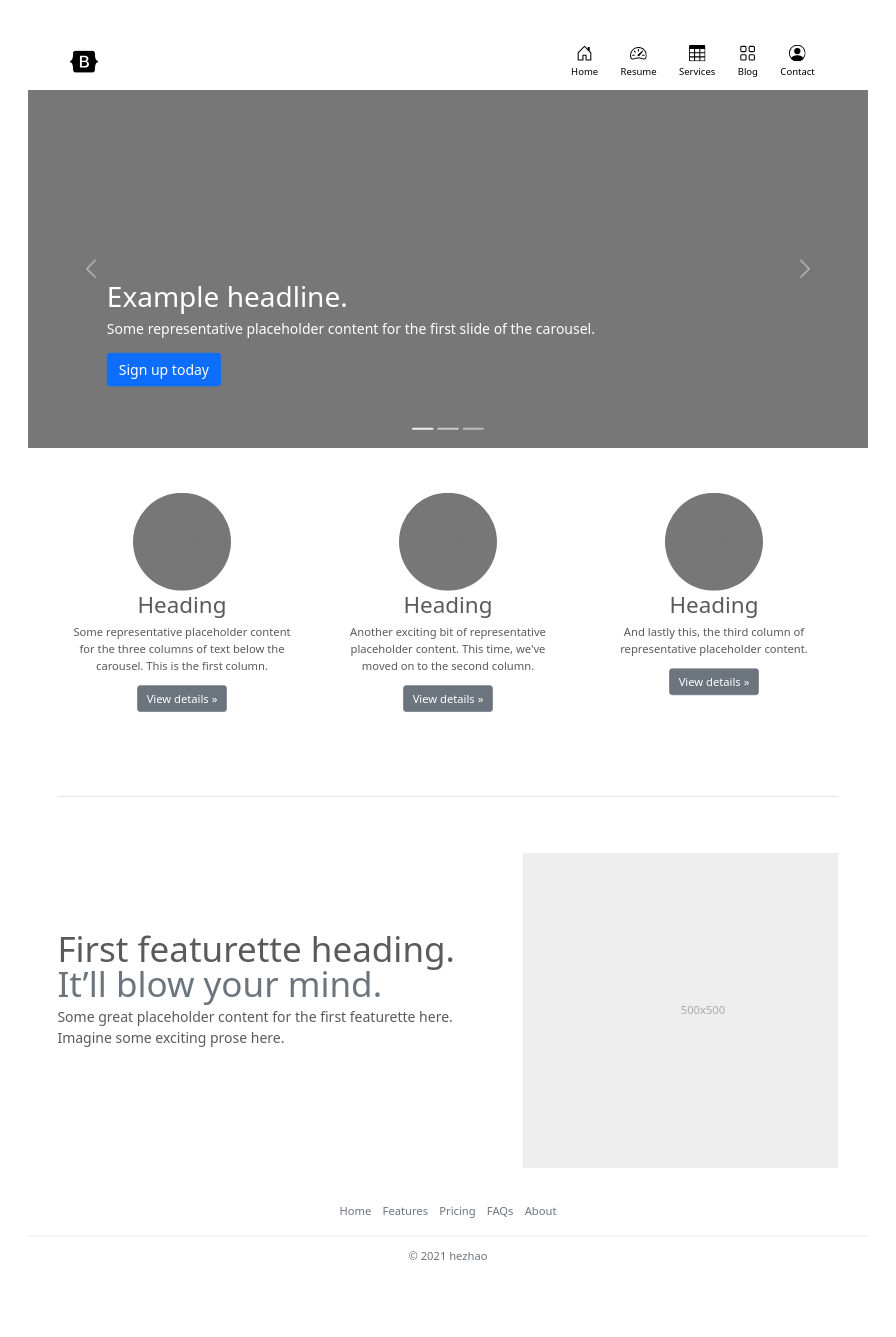
Repository: HeZhao-hugh/personal-web
Page: index.html
An editor plug-in stored every save of this project. The page is shown before and after the next save, followed by the edit.
The browser window is 1280 px wide. The pictures show the whole page, at 70% of full size.

Above is the page before, as saved 2022-01-19 18:21:02.

### index.html
<!DOCTYPE html>
<html lang="en">

<head>
    <meta charset="UTF-8">
    <meta http-equiv="X-UA-Compatible" content="IE=edge">
    <meta name="viewport" content="width=device-width, initial-scale=1.0">
    <link href="https://cdn.jsdelivr.net/npm/bootstrap@5.1.3/dist/css/bootstrap.min.css" rel="stylesheet"
        integrity="sha384-1BmE4kWBq78iYhFldvKuhfTAU6auU8tT94WrHftjDbrCEXSU1oBoqyl2QvZ6jIW3" crossorigin="anonymous">
    <script src="https://cdn.jsdelivr.net/npm/bootstrap@5.1.3/dist/js/bootstrap.bundle.min.js"
        integrity="sha384-ka7Sk0Gln4gmtz2MlQnikT1wXgYsOg+OMhuP+IlRH9sENBO0LRn5q+8nbTov4+1p" crossorigin="anonymous">
    </script>

    <!-- Custom styles for this template -->
    <link href="style.css" rel="stylesheet">
    <title>Document</title>
</head>

<body>
    <svg xmlns="http://www.w3.org/2000/svg" style="display: none;">
        <symbol id="bootstrap" viewBox="0 0 118 94">
            <title>Bootstrap</title>
            <path fill-rule="evenodd" clip-rule="evenodd"
                d="M24.509 0c-6.733 0-11.715 5.893-11.492 12.284.214 6.14-.064 14.092-2.066 20.577C8.943 39.365 5.547 43.485 0 44.014v5.972c5.547.529 8.943 4.649 10.951 11.153 2.002 6.485 2.28 14.437 2.066 20.577C12.794 88.106 17.776 94 24.51 94H93.5c6.733 0 11.714-5.893 11.491-12.284-.214-6.14.064-14.092 2.066-20.577 2.009-6.504 5.396-10.624 10.943-11.153v-5.972c-5.547-.529-8.934-4.649-10.943-11.153-2.002-6.484-2.28-14.437-2.066-20.577C105.214 5.894 100.233 0 93.5 0H24.508zM80 57.863C80 66.663 73.436 72 62.543 72H44a2 2 0 01-2-2V24a2 2 0 012-2h18.437c9.083 0 15.044 4.92 15.044 12.474 0 5.302-4.01 10.049-9.119 10.88v.277C75.317 46.394 80 51.21 80 57.863zM60.521 28.34H49.948v14.934h8.905c6.884 0 10.68-2.772 10.68-7.727 0-4.643-3.264-7.207-9.012-7.207zM49.948 49.2v16.458H60.91c7.167 0 10.964-2.876 10.964-8.281 0-5.406-3.903-8.178-11.425-8.178H49.948z">
            </path>
        </symbol>
        <symbol id="Home" viewBox="0 0 16 16">
            <path
                d="M8.354 1.146a.5.5 0 0 0-.708 0l-6 6A.5.5 0 0 0 1.5 7.5v7a.5.5 0 0 0 .5.5h4.5a.5.5 0 0 0 .5-.5v-4h2v4a.5.5 0 0 0 .5.5H14a.5.5 0 0 0 .5-.5v-7a.5.5 0 0 0-.146-.354L13 5.793V2.5a.5.5 0 0 0-.5-.5h-1a.5.5 0 0 0-.5.5v1.293L8.354 1.146zM2.5 14V7.707l5.5-5.5 5.5 5.5V14H10v-4a.5.5 0 0 0-.5-.5h-3a.5.5 0 0 0-.5.5v4H2.5z" />
        </symbol>
        <symbol id="Resume" viewBox="0 0 16 16">
            <path
                d="M8 4a.5.5 0 0 1 .5.5V6a.5.5 0 0 1-1 0V4.5A.5.5 0 0 1 8 4zM3.732 5.732a.5.5 0 0 1 .707 0l.915.914a.5.5 0 1 1-.708.708l-.914-.915a.5.5 0 0 1 0-.707zM2 10a.5.5 0 0 1 .5-.5h1.586a.5.5 0 0 1 0 1H2.5A.5.5 0 0 1 2 10zm9.5 0a.5.5 0 0 1 .5-.5h1.5a.5.5 0 0 1 0 1H12a.5.5 0 0 1-.5-.5zm.754-4.246a.389.389 0 0 0-.527-.02L7.547 9.31a.91.91 0 1 0 1.302 1.258l3.434-4.297a.389.389 0 0 0-.029-.518z" />
            <path fill-rule="evenodd"
                d="M0 10a8 8 0 1 1 15.547 2.661c-.442 1.253-1.845 1.602-2.932 1.25C11.309 13.488 9.475 13 8 13c-1.474 0-3.31.488-4.615.911-1.087.352-2.49.003-2.932-1.25A7.988 7.988 0 0 1 0 10zm8-7a7 7 0 0 0-6.603 9.329c.203.575.923.876 1.68.63C4.397 12.533 6.358 12 8 12s3.604.532 4.923.96c.757.245 1.477-.056 1.68-.631A7 7 0 0 0 8 3z" />
        </symbol>
        <symbol id="Services" viewBox="0 0 16 16">
            <path
                d="M0 2a2 2 0 0 1 2-2h12a2 2 0 0 1 2 2v12a2 2 0 0 1-2 2H2a2 2 0 0 1-2-2V2zm15 2h-4v3h4V4zm0 4h-4v3h4V8zm0 4h-4v3h3a1 1 0 0 0 1-1v-2zm-5 3v-3H6v3h4zm-5 0v-3H1v2a1 1 0 0 0 1 1h3zm-4-4h4V8H1v3zm0-4h4V4H1v3zm5-3v3h4V4H6zm4 4H6v3h4V8z" />
        </symbol>
        <symbol id="Contact" viewBox="0 0 16 16">
            <path d="M11 6a3 3 0 1 1-6 0 3 3 0 0 1 6 0z" />
            <path fill-rule="evenodd"
                d="M0 8a8 8 0 1 1 16 0A8 8 0 0 1 0 8zm8-7a7 7 0 0 0-5.468 11.37C3.242 11.226 4.805 10 8 10s4.757 1.225 5.468 2.37A7 7 0 0 0 8 1z" />
        </symbol>
        <symbol id="Blog" viewBox="0 0 16 16">
            <path
                d="M1 2.5A1.5 1.5 0 0 1 2.5 1h3A1.5 1.5 0 0 1 7 2.5v3A1.5 1.5 0 0 1 5.5 7h-3A1.5 1.5 0 0 1 1 5.5v-3zM2.5 2a.5.5 0 0 0-.5.5v3a.5.5 0 0 0 .5.5h3a.5.5 0 0 0 .5-.5v-3a.5.5 0 0 0-.5-.5h-3zm6.5.5A1.5 1.5 0 0 1 10.5 1h3A1.5 1.5 0 0 1 15 2.5v3A1.5 1.5 0 0 1 13.5 7h-3A1.5 1.5 0 0 1 9 5.5v-3zm1.5-.5a.5.5 0 0 0-.5.5v3a.5.5 0 0 0 .5.5h3a.5.5 0 0 0 .5-.5v-3a.5.5 0 0 0-.5-.5h-3zM1 10.5A1.5 1.5 0 0 1 2.5 9h3A1.5 1.5 0 0 1 7 10.5v3A1.5 1.5 0 0 1 5.5 15h-3A1.5 1.5 0 0 1 1 13.5v-3zm1.5-.5a.5.5 0 0 0-.5.5v3a.5.5 0 0 0 .5.5h3a.5.5 0 0 0 .5-.5v-3a.5.5 0 0 0-.5-.5h-3zm6.5.5A1.5 1.5 0 0 1 10.5 9h3a1.5 1.5 0 0 1 1.5 1.5v3a1.5 1.5 0 0 1-1.5 1.5h-3A1.5 1.5 0 0 1 9 13.5v-3zm1.5-.5a.5.5 0 0 0-.5.5v3a.5.5 0 0 0 .5.5h3a.5.5 0 0 0 .5-.5v-3a.5.5 0 0 0-.5-.5h-3z" />
        </symbol>
    </svg>

    <main>

        <header>
            <div class="px-5 py-2 bg-white text-black">
                <div class="container">
                    <div class="d-flex flex-wrap align-items-center justify-content-center justify-content-lg-start">
                        <a href="/"
                            class="d-flex align-items-center my-2 my-lg-0 me-lg-auto text-black text-decoration-none">
                            <svg class="bi me-2" width="40" height="32" role="img" aria-label="Bootstrap">
                                <use href="#bootstrap" /></svg>
                        </a>

                        <ul class="nav col-12 col-lg-auto my-2 justify-content-center my-md-0 text-small">
                            <li>
                                <a href="#" class="nav-link text-black">
                                    <svg class="bi d-block mx-auto mb-1" width="24" height="24">
                                        <use href="#Home" /></svg>
                                    Home
                                </a>
                            </li>
                            <li>
                                <a href="#" class="nav-link text-black">
                                    <svg class="bi d-block mx-auto mb-1" width="24" height="24">
                                        <use href="#Resume" /></svg>
                                    Resume
                                </a>
                            </li>
                            <li>
                                <a href="#" class="nav-link text-black">
                                    <svg class="bi d-block mx-auto mb-1" width="24" height="24">
                                        <use href="#Services" /></svg>
                                    Services
                                </a>
                            </li>

                            <li>
                                <a href="#" class="nav-link text-black">
                                    <svg class="bi d-block mx-auto mb-1" width="24" height="24">
                                        <use href="#Blog" /></svg>
                                    Blog
                                </a>
                            </li>
                            <li>
                                <a href="#" class="nav-link text-black">
                                    <svg class="bi d-block mx-auto mb-1" width="24" height="24">
                                        <use href="#Contact" /></svg>
                                    Contact
                                </a>
                            </li>
                        </ul>
                    </div>
                </div>
            </div>
        </header>
        <!-- pages -->
        <div class="pages">
            <!-- Home page -->
            <div id="Home" class="page ">


                <div id="myCarousel" class="carousel slide" data-bs-ride="carousel">
                    <div class="carousel-indicators">
                        <button type="button" data-bs-target="#myCarousel" data-bs-slide-to="0" class="active"
                            aria-current="true" aria-label="Slide 1"></button>
                        <button type="button" data-bs-target="#myCarousel" data-bs-slide-to="1"
                            aria-label="Slide 2"></button>
                        <button type="button" data-bs-target="#myCarousel" data-bs-slide-to="2"
                            aria-label="Slide 3"></button>
                    </div>
                    <div class="carousel-inner">
                        <div class="carousel-item active">
                            <svg class="bd-placeholder-img" width="100%" height="100%"
                                xmlns="http://www.w3.org/2000/svg" aria-hidden="true"
                                preserveAspectRatio="xMidYMid slice" focusable="false">
                                <rect width="100%" height="100%" fill="#777" /></svg>

                            <div class="container">
                                <div class="carousel-caption text-start">
                                    <h1>Example headline.</h1>
                                    <p>Some representative placeholder content for the first slide of the carousel.</p>
                                    <p><a class="btn btn-lg btn-primary" href="#">Sign up today</a></p>
                                </div>
                            </div>
                        </div>
                        <div class="carousel-item">
                            <svg class="bd-placeholder-img" width="100%" height="100%"
                                xmlns="http://www.w3.org/2000/svg" aria-hidden="true"
                                preserveAspectRatio="xMidYMid slice" focusable="false">
                                <rect width="100%" height="100%" fill="#777" /></svg>

                            <div class="container">
                                <div class="carousel-caption">
                                    <h1>Another example headline.</h1>
                                    <p>Some representative placeholder content for the second slide of the carousel.</p>
                                    <p><a class="btn btn-lg btn-primary" href="#">Learn more</a></p>
                                </div>
                            </div>
                        </div>
                        <div class="carousel-item">
                            <svg class="bd-placeholder-img" width="100%" height="100%"
                                xmlns="http://www.w3.org/2000/svg" aria-hidden="true"
                                preserveAspectRatio="xMidYMid slice" focusable="false">
                                <rect width="100%" height="100%" fill="#777" /></svg>

                            <div class="container">
                                <div class="carousel-caption text-end">
                                    <h1>One more for good measure.</h1>
                                    <p>Some representative placeholder content for the third slide of this carousel.</p>
                                    <p><a class="btn btn-lg btn-primary" href="#">Browse gallery</a></p>
                                </div>
                            </div>
                        </div>
                    </div>
                    <button class="carousel-control-prev" type="button" data-bs-target="#myCarousel"
                        data-bs-slide="prev">
                        <span class="carousel-control-prev-icon" aria-hidden="true"></span>
                        <span class="visually-hidden">Previous</span>
                    </button>
                    <button class="carousel-control-next" type="button" data-bs-target="#myCarousel"
                        data-bs-slide="next">
                        <span class="carousel-control-next-icon" aria-hidden="true"></span>
                        <span class="visually-hidden">Next</span>
                    </button>
                </div> <!-- myCarousel -->

                <div class="container marketing">

                    <!-- Three columns of text below the carousel -->
                    <div class="row">
                        <div class="col-lg-4">
                            <svg class="bd-placeholder-img rounded-circle" width="140" height="140"
                                xmlns="http://www.w3.org/2000/svg" role="img" aria-label="Placeholder: 140x140"
                                preserveAspectRatio="xMidYMid slice" focusable="false">
                                <title>Placeholder</title>
                                <rect width="100%" height="100%" fill="#777" /><text x="50%" y="50%" fill="#777"
                                    dy=".3em">140x140</text>
                            </svg>

                            <h2>Heading</h2>
                            <p>Some representative placeholder content for the three columns of text below the carousel.
                                This is the first column.</p>
                            <p><a class="btn btn-secondary" href="#">View details &raquo;</a></p>
                        </div><!-- /.col-lg-4 -->
                        <div class="col-lg-4">
                            <svg class="bd-placeholder-img rounded-circle" width="140" height="140"
                                xmlns="http://www.w3.org/2000/svg" role="img" aria-label="Placeholder: 140x140"
                                preserveAspectRatio="xMidYMid slice" focusable="false">
                                <title>Placeholder</title>
                                <rect width="100%" height="100%" fill="#777" /><text x="50%" y="50%" fill="#777"
                                    dy=".3em">140x140</text>
                            </svg>

                            <h2>Heading</h2>
                            <p>Another exciting bit of representative placeholder content. This time, we've moved on to
                                the
                                second column.</p>
                            <p><a class="btn btn-secondary" href="#">View details &raquo;</a></p>
                        </div><!-- /.col-lg-4 -->
                        <div class="col-lg-4">
                            <svg class="bd-placeholder-img rounded-circle" width="140" height="140"
                                xmlns="http://www.w3.org/2000/svg" role="img" aria-label="Placeholder: 140x140"
                                preserveAspectRatio="xMidYMid slice" focusable="false">
                                <title>Placeholder</title>
                                <rect width="100%" height="100%" fill="#777" /><text x="50%" y="50%" fill="#777"
                                    dy=".3em">140x140</text>
                            </svg>

                            <h2>Heading</h2>
                            <p>And lastly this, the third column of representative placeholder content.</p>
                            <p><a class="btn btn-secondary" href="#">View details &raquo;</a></p>
                        </div><!-- /.col-lg-4 -->
                    </div><!-- /.row -->


                    <!-- START THE FEATURETTES -->

                    <hr class="featurette-divider">

                    <div class="row featurette">
                        <div class="col-md-7">
                            <h2 class="featurette-heading">First featurette heading. <span class="text-muted">It’ll blow
                                    your mind.</span></h2>
                            <p class="lead">Some great placeholder content for the first featurette here. Imagine some
                                exciting prose here.</p>
                        </div>
                        <div class="col-md-5">
                            <svg class="bd-placeholder-img bd-placeholder-img-lg featurette-image img-fluid mx-auto"
                                width="500" height="500" xmlns="http://www.w3.org/2000/svg" role="img"
                                aria-label="Placeholder: 500x500" preserveAspectRatio="xMidYMid slice"
                                focusable="false">
                                <title>Placeholder</title>
                                <rect width="100%" height="100%" fill="#eee" /><text x="50%" y="50%" fill="#aaa"
                                    dy=".3em">500x500</text>
                            </svg>

                        </div>
                    </div>



                    <!-- /END THE FEATURETTES -->

                </div>
            </div>
        </div>


        <footer class="py-3 my-4">
            <ul class="nav justify-content-center border-bottom pb-3 mb-3">
                <li class="nav-item"><a href="#" class="nav-link px-2 text-muted">Home</a></li>
                <li class="nav-item"><a href="#" class="nav-link px-2 text-muted">Features</a></li>
                <li class="nav-item"><a href="#" class="nav-link px-2 text-muted">Pricing</a></li>
                <li class="nav-item"><a href="#" class="nav-link px-2 text-muted">FAQs</a></li>
                <li class="nav-item"><a href="#" class="nav-link px-2 text-muted">About</a></li>
            </ul>
            <p class="text-center text-muted">&copy; 2021 hezhao</p>
        </footer>

    </main>
</body>

</html>

### style.css
  body{
    max-width: 1200px;
    margin: auto;
  }
  .form-control-dark {
    color: #fff;
    background-color: var(--bs-dark);
    border-color: var(--bs-gray);
  }
  .form-control-dark:focus {
    color: #fff;
    background-color: var(--bs-dark);
    border-color: #fff;
    box-shadow: 0 0 0 .25rem rgba(255, 255, 255, .25);
  }

  .bi {
    vertical-align: -.125em;
    fill: currentColor;
  }

  .text-small {
    font-size: 85%;
  }

  .dropdown-toggle {
    outline: 0;
  }


  .page--active {
    display: block;
    position: relative;
    visibility: visible;
    opacity: 1;
  }



   /* GLOBAL STYLES
-------------------------------------------------- */
/* Padding below the footer and lighter body text */

body {
  padding-top: 3rem;
  padding-bottom: 3rem;
  color: #5a5a5a;
}


/* CUSTOMIZE THE CAROUSEL
-------------------------------------------------- */

/* Carousel base class */
.carousel {
  margin-bottom: 4rem;
}
/* Since positioning the image, we need to help out the caption */
.carousel-caption {
  bottom: 3rem;
  z-index: 10;
}

/* Declare heights because of positioning of img element */
.carousel-item {
  height: 32rem;
}
.carousel-item > img {
  position: absolute;
  top: 0;
  right: 0;
  min-width: 100%;
  height: 32rem;
}


/* MARKETING CONTENT
-------------------------------------------------- */

/* Center align the text within the three columns below the carousel */
.marketing .col-lg-4 {
  margin-bottom: 1.5rem;
  text-align: center;
}
.marketing h2 {
  font-weight: 400;
}
.marketing .col-lg-4 p {
  margin-right: .75rem;
  margin-left: .75rem;
}


/* Featurettes
------------------------- */

.featurette-divider {
  margin: 5rem 0; /* Space out the Bootstrap <hr> more */
}

/* Thin out the marketing headings */
.featurette-heading {
  font-weight: 300;
  line-height: 1;
}


/* RESPONSIVE CSS
-------------------------------------------------- */

@media (min-width: 40em) {
  /* Bump up size of carousel content */
  .carousel-caption p {
    margin-bottom: 1.25rem;
    font-size: 1.25rem;
    line-height: 1.4;
  }

  .featurette-heading {
    font-size: 50px;
  }
}

@media (min-width: 62em) {
  .featurette-heading {
    margin-top: 7rem;
  }
}

After the next save:
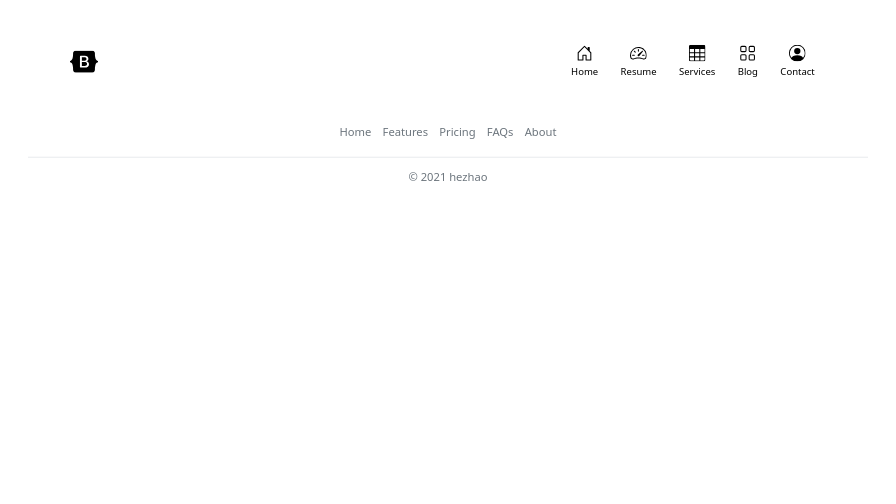
Saved 27 s later.
--- a/style.css
+++ b/style.css
@@ -28,6 +28,19 @@
   }
 
 
+  .page {
+    display: none;
+    position: absolute;
+    top: 0;
+    left: 0;
+    right: 0;
+    visibility: hidden;
+    opacity: 0;
+    border-radius: 16px;
+    background: white;
+    transition: visibility 0.3s, opacity 0.3s ease-in-out;
+    box-shadow: 0px 15px 25px 0px rgba(0,0,0,0.1);
+  }
   .page--active {
     display: block;
     position: relative;

After the save that followed:
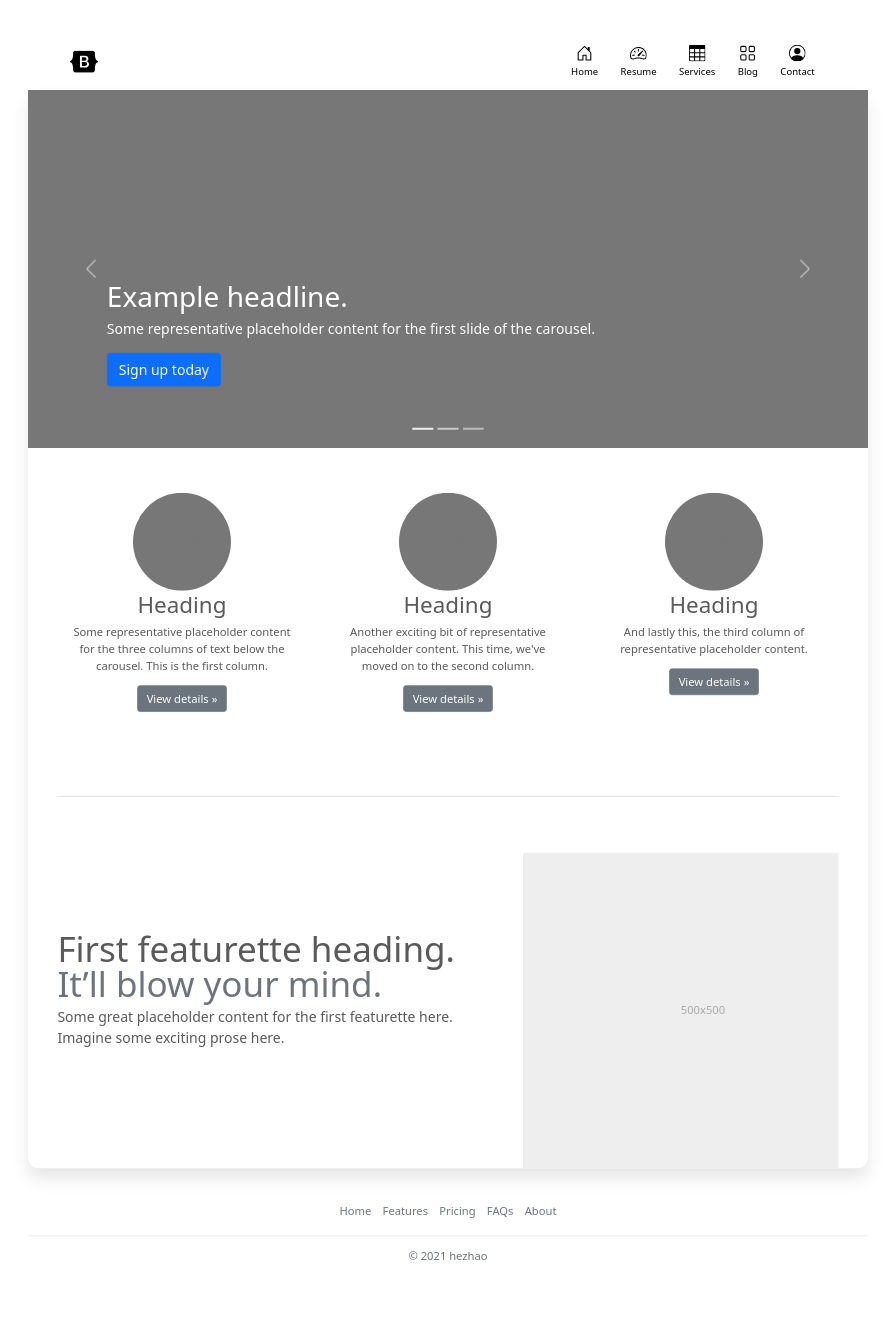
Saved 7 s later.
--- a/index.html
+++ b/index.html
@@ -106,7 +106,7 @@
         <!-- pages -->
         <div class="pages">
             <!-- Home page -->
-            <div id="Home" class="page ">
+            <div id="Home" class="page page--active">
 
 
                 <div id="myCarousel" class="carousel slide" data-bs-ride="carousel">
